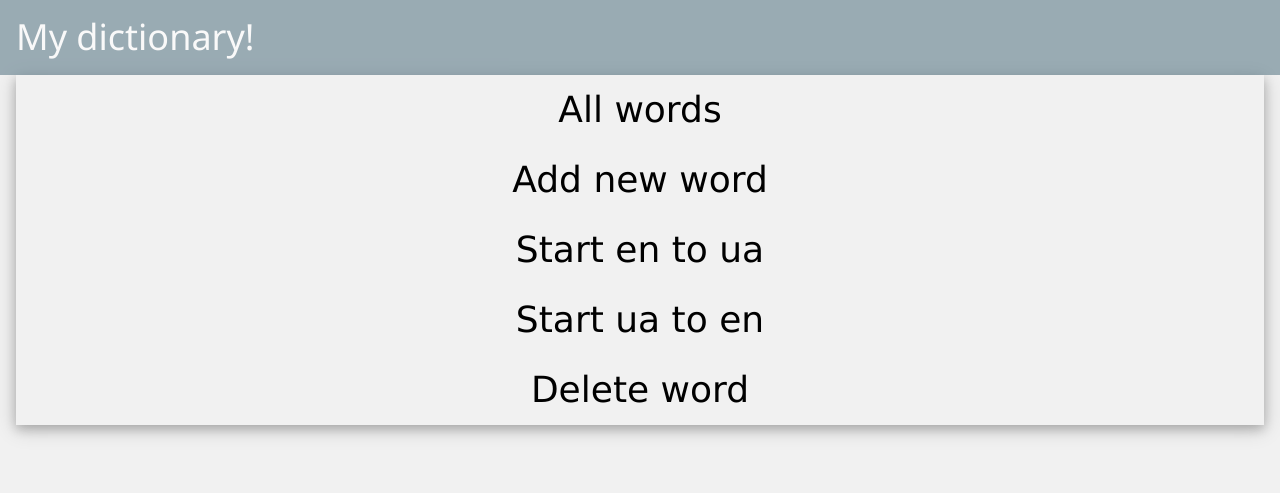
Repository: OleksandrDoskaliukKN313/IIC
Page: WebDictionary/WebContent/index.html
The author's editor kept a copy of each file at every save. The page is drawn from the files as they stood at one save, then again after the next save.
The browser window is 1280 px wide. The pictures show the whole page.

Above is the page before, as saved 2020-10-12 10:09:20.

After the next save:
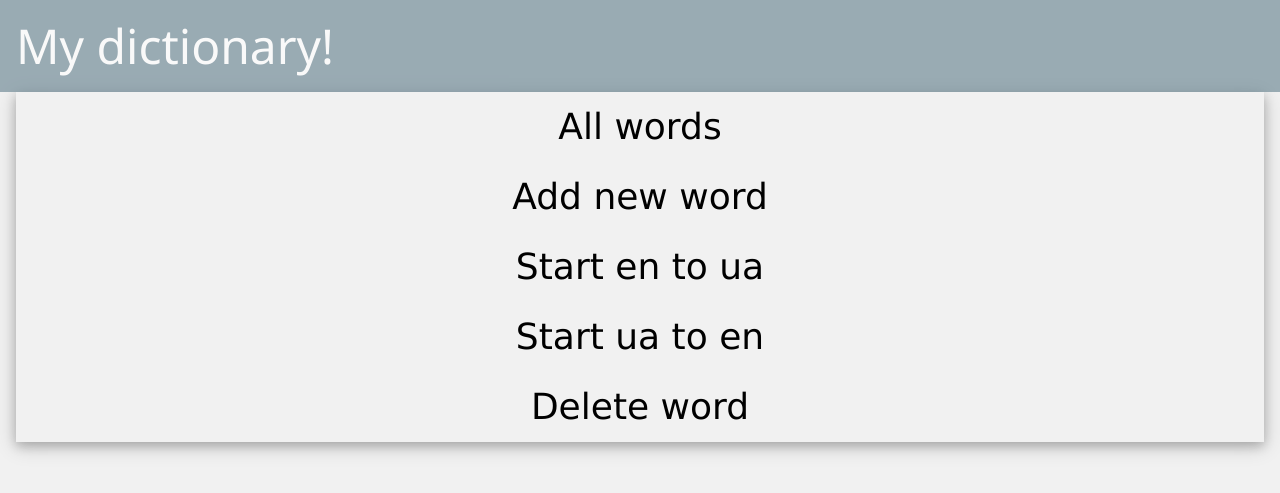
Saved 33 s later.
--- a/WebDictionary/WebContent/index.html
+++ b/WebDictionary/WebContent/index.html
@@ -6,8 +6,8 @@
 <link rel="stylesheet" href="w3.css">
 </head>
 <body class="w3-light-grey">
-<div class="w3-container w3-blue-grey w3-opacity w3-left-align w3-xxxlarge	">
-        <h1>My dictionary!</h1>
+<div class="w3-container w3-blue-grey w3-opacity w3-left-align 	">
+        <h1 class = "w3-xxxlarge">My dictionary!</h1>
     </div>
     <div class="w3-container w3-center">       <!-- content -->
         <div class="w3-card-4 w3-flex w3-xxlarge">    <!-- buttons holder -->
